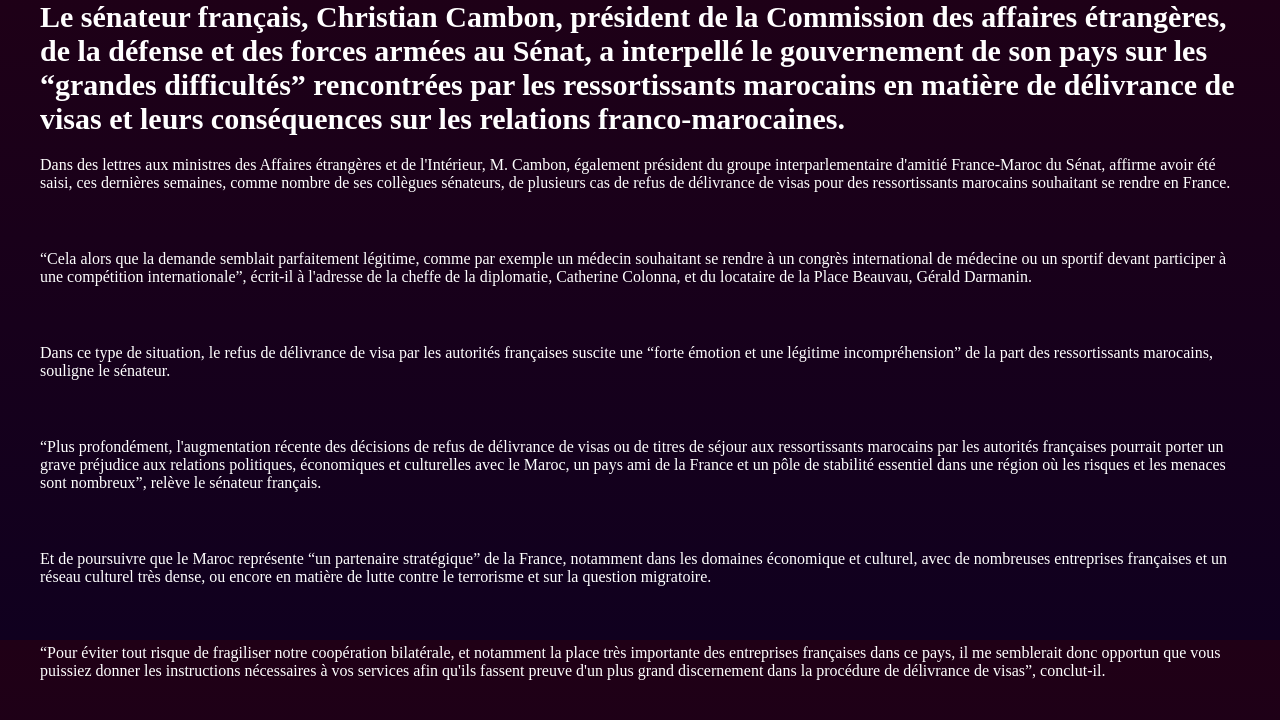
Repository: SD-Mdouka/site-n-b
Page: /
The author's editor kept a copy of each file at every save. The page is drawn from the files as they stood at one save, then again after the next save.
The browser window is 1280 px wide. The pictures show the part of the page from y = 800 to 1520 px (the page is 1520 px tall before and 1498 px after).
The project was rebuilt for these pictures with package versions that can differ from the ones it lists, and the page was loaded fresh each time.

Above is the page before, as saved 2022-09-22 16:01:08.

### src/index.css
* {
    margin: 0;
    padding: 0;
}

body {
    background: linear-gradient(#200016, #10001f);
    height: 100vh;
}

### src/App.js
import React from "react";
import "./App.css";

function App() {
  return (
    <div className="">
      <header>
        <h2>
          <a href="#" className="logo">
            Shop
          </a>
        </h2>
        <ul>
          <li>
            <a href="#" className="active">
              Home
            </a>
          </li>
          <li>
            <a href="#">Product</a>
          </li>
          <li>
            <a href="#">Shop</a>
          </li>
          <li>
            <a href="#">About</a>
          </li>
          <li>
            <a href="#">Contact</a>
          </li>
        </ul>
      </header>
      <section className="main">
        <img src="./stars1.png" alt="stars1" id="stars1" />
        <h2 className="Shop">Shop</h2>
        <img src="./moon2.png" alt="moon2" id="moon2" />
        <img src="./mountains3.png" alt="mountains3" id="mountains3" />
        <img src="./mountains4.png" alt="mountains4" id="mountains4" />
        <img src="./river5.png" alt="river5" id="river5" />
        <img src="./boat6.png" alt="boat6" id="boat6" />
        <img src="./mountains7.png" alt="mountains3" id="mountains7" />
      </section>
      <div className="content">
        <h2>
          Le sénateur français, Christian Cambon, président de la Commission des
          affaires étrangères, de la défense et des forces armées au Sénat, a
          interpellé le gouvernement de son pays sur les “grandes difficultés”
          rencontrées par les ressortissants marocains en matière de délivrance
          de visas et leurs conséquences sur les relations franco-marocaines.
        </h2>
        <p>
          Dans des lettres aux ministres des Affaires étrangères et de
          l'Intérieur, M. Cambon, également président du groupe
          interparlementaire d'amitié France-Maroc du Sénat, affirme avoir été
          saisi, ces dernières semaines, comme nombre de ses collègues
          sénateurs, de plusieurs cas de refus de délivrance de visas pour des
          ressortissants marocains souhaitant se rendre en France.
        </p>
        <br />
        <p>
          “Cela alors que la demande semblait parfaitement légitime, comme par
          exemple un médecin souhaitant se rendre à un congrès international de
          médecine ou un sportif devant participer à une compétition
          internationale”, écrit-il à l'adresse de la cheffe de la diplomatie,
          Catherine Colonna, et du locataire de la Place Beauvau, Gérald
          Darmanin.
        </p>{" "}
        <br />
        <p>
          Dans ce type de situation, le refus de délivrance de visa par les
          autorités françaises suscite une “forte émotion et une légitime
          incompréhension” de la part des ressortissants marocains, souligne le
          sénateur.
        </p>{" "}
        <br />
        <p>
          “Plus profondément, l'augmentation récente des décisions de refus de
          délivrance de visas ou de titres de séjour aux ressortissants
          marocains par les autorités françaises pourrait porter un grave
          préjudice aux relations politiques, économiques et culturelles avec le
          Maroc, un pays ami de la France et un pôle de stabilité essentiel dans
          une région où les risques et les menaces sont nombreux”, relève le
          sénateur français.
        </p>{" "}
        <br />
        <p>
          Et de poursuivre que le Maroc représente “un partenaire stratégique”
          de la France, notamment dans les domaines économique et culturel, avec
          de nombreuses entreprises françaises et un réseau culturel très dense,
          ou encore en matière de lutte contre le terrorisme et sur la question
          migratoire.
        </p>{" "}
        <br />
        <p>
          “Pour éviter tout risque de fragiliser notre coopération bilatérale,
          et notamment la place très importante des entreprises françaises dans
          ce pays, il me semblerait donc opportun que vous puissiez donner les
          instructions nécessaires à vos services afin qu'ils fassent preuve
          d'un plus grand discernement dans la procédure de délivrance de
          visas”, conclut-il.
        </p>{" "}
        <br />
      </div>
    </div>
  );
}

export default App;

### src/App.css
a {
    text-decoration: none;
    color: #fff;
}

header {
    position: fixed;
    width: 95%;
    z-index: 100;
    display: flex;
    justify-content: space-between;
    align-items: center;
    margin: 30px;
}

header .logo {
    text-transform: uppercase;
    font-size: 30px;
}

header ul {
    display: flex;
    justify-content: center;
    align-items: center;
    list-style: none;
}

header ul li {
    margin-right: 30px;
}

header ul li a {
    padding: 6px 15px;
    border-radius: 20px;
    -webkit-border-radius: 20px;
    -moz-border-radius: 20px;
    -ms-border-radius: 20px;
    -o-border-radius: 20px;
}

header ul li a:hover,
.active {
    background-color: #fff;
    color: #333;
}

.main {
    position: relative;
    height: 100vh;
    width: 100%;
    display: flex;
    justify-content: center;
    align-items: center;
    margin-bottom: 40px;
}

.main img {
    position: absolute;
    width: 100%;
    height: 100vh;
    object-fit: cover;
}

#moon2 {
    mix-blend-mode: screen;
    transform: translateY(80px);
    -webkit-transform: translateY(80px);
    -moz-transform: translateY(80px);
    -ms-transform: translateY(80px);
    -o-transform: translateY(80px);
}

.Shop {
    color: #fff;
    font-size: 30px;
    text-transform: uppercase;
    transform: translateY(-140px);
    -webkit-transform: translateY(-140px);
    -moz-transform: translateY(-140px);
    -ms-transform: translateY(-140px);
    -o-transform: translateY(-140px);
}

.content {
    color: #fff;
    padding: 20px;
    height: 100vh;
}

.content h2 {
    margin: 20px;
    font-size: 30px;
}

.content p {
    margin: 20px;
}

Loaded but not shown: public/index.html (common file); src/index.js (common file); src/reportWebVitals.js (common file)

After the next save:
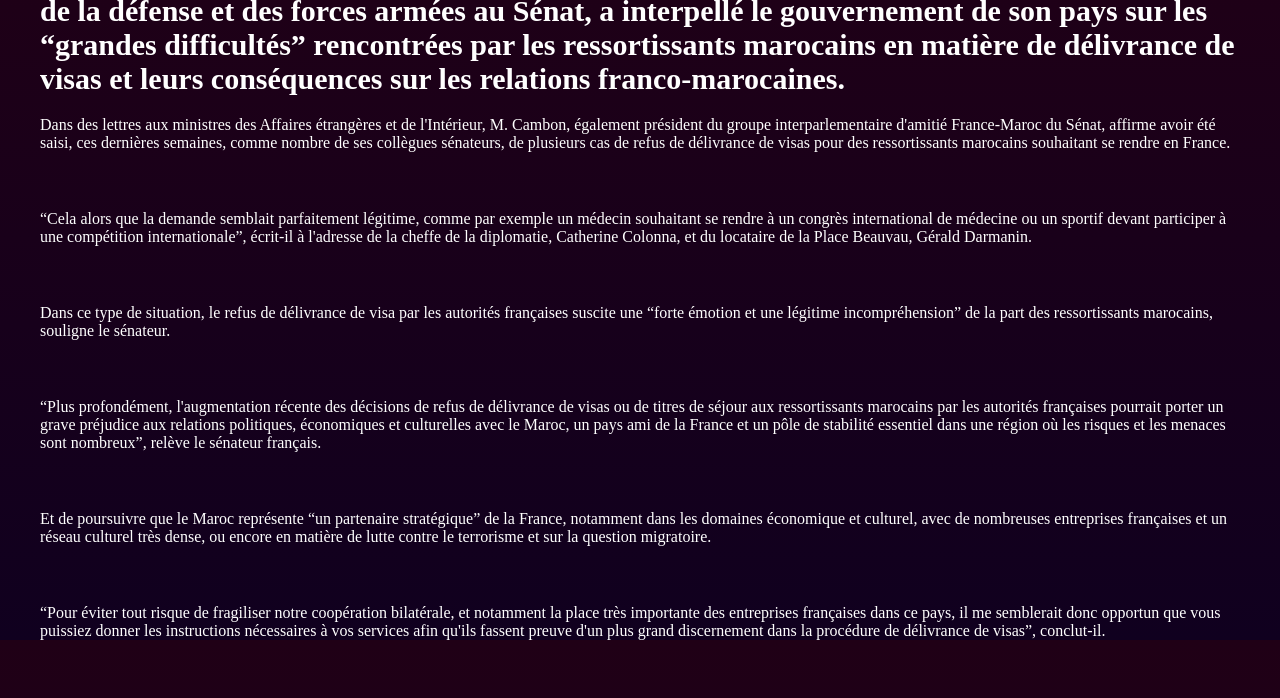
Saved 103 s later.
--- a/src/App.css
+++ b/src/App.css
@@ -51,7 +51,6 @@ header ul li a:hover,
     display: flex;
     justify-content: center;
     align-items: center;
-    margin-bottom: 40px;
 }
 
 .main img {
@@ -84,7 +83,7 @@ header ul li a:hover,
 .content {
     color: #fff;
     padding: 20px;
-    height: 100vh;
+    height: 100%;
 }
 
 .content h2 {
